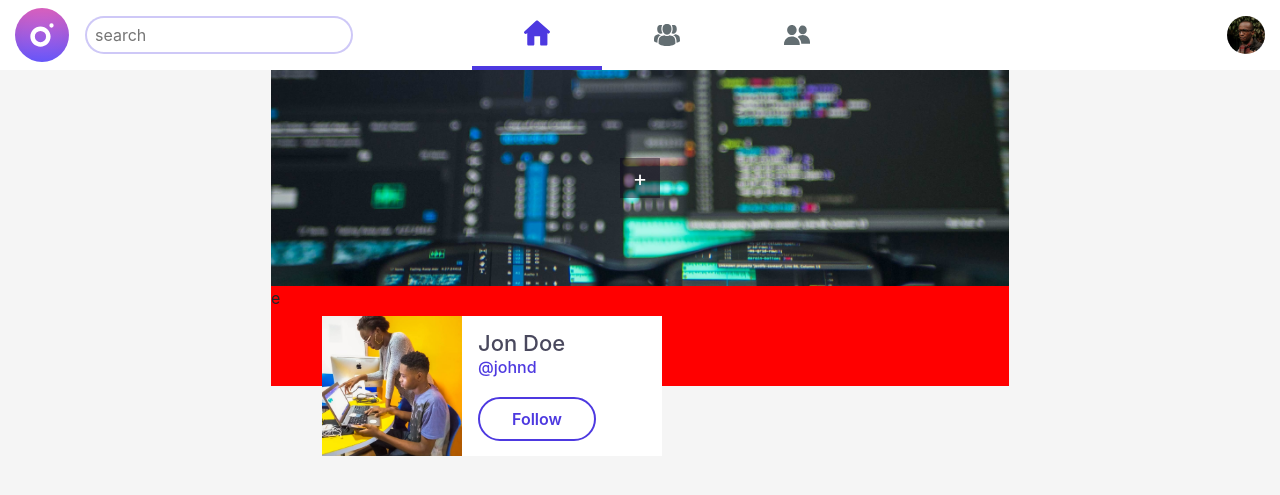
Repository: Flovet-stack/memic
Page: admin-profile.html
The author's editor kept a copy of each file at every save. The page is drawn from the files as they stood at one save, then again after the next save.
The browser window is 1280 px wide. The pictures show the whole page.
Some web fonts or font styles are not loaded; a fallback is used.

Above is the page before, as saved 2020-10-27 23:48:13.
Console error: TypeError: Cannot read properties of undefined (reading 'fn')

### admin-profile.html
<!DOCTYPE html>
<html lang="en">
<head>
    <meta charset="UTF-8">
    <meta name="viewport" content="width=device-width, initial-scale=1.0">
    <link rel="icon" type="image/png" sizes="32x32" href="assets/images/faceit.svg">
    <!-- custom styles -->
    <link rel="stylesheet" href="css/home.css">
    <link rel="stylesheet" href="css/admin-profile.css">

    <!-- custom fonts -->
    <link rel="stylesheet" href="/usr/share/fonts/opentype/malayalam/Manjari-Regular.otf">

    <!-- bootstrap css styles -->
    <link rel="stylesheet" href="dist/css/bootstrap.min.css">
    <title>memes | Home</title>
</head>
<body>
    <!-- start of the home page design template -->

    <!-- start of the head section of the page -->
    <div class="home-head container-fluid">
        <div class="row">
            <div class="home-head-sec-1">
                <div class="logo"><img src="assets/images/faceit.svg" alt=""></div>
                <form>
                    <input data-toggle="tooltip" title="search" type="text" name="" id="" placeholder="search">
                </form>
            </div>
            <div class="home-head-sec-2">
                <a data-toggle="tooltip" title="Home" class="active" href="#">
                    <img class="primary-icon" src="assets/icons/house.svg" alt="">
                    <img class="secondary-icon" src="assets/icons/house-primary.svg" alt="">
                </a>
                <a data-toggle="tooltip" title="Groups" href="#">
                    <img class="primary-icon" src="assets/icons/user-group.svg" alt="">
                    <img class="secondary-icon" src="assets/icons/user-group-primary.svg" alt="">
                </a>
                <a data-toggle="tooltip" title="Friends" href="#">
                    <img class="primary-icon" src="assets/icons/friends.svg" alt="">
                    <img class="secondary-icon" src="assets/icons/friends-primary.svg" alt="">
                </a>
            </div>
            <div class="home-head-sec-3">
                <div class="user-menu">
                    <img src="assets/images/avatar.jpg" alt="">
                </div>
            </div>
        </div>
    </div>
    <!-- end of the head section of the page -->
    <!-- start of the body section of the page -->
    <div class="home-body container-fluid">
        <div class="row">
            <div class="home-center">
                <div class="container-fluid">
                    <div class="profile-card">
                        <div class="profile-cover" style="background: url(assets/images/kevin-ku-w7ZyuGYNpRQ-unsplash.jpg);">
                            <div class="profile-info">
                                <div class="profile-info-pic"><img src="assets/images/Pic.jpg" alt=""></div>
                                <div class="profile-info-details">
                                    <h3>Jon Doe</h3>
                                    <h5>@johnd</h5>
                                    <button class="follow-btn">Follow</button>
                                </div>
                            </div>
                            <button class="change-cover-btn">+</button>
                        </div>
                    </div>
                    <div class="profile-stat">e</div>
                </div>
            </div>
        </div>
    </div>
    <!-- end of the head section of the page -->

    <!-- end of the home page design template -->

    <script src="dist/js/bootstrap.min.js"></script>
    <script src="https://code.jquery.com/jquery-3.5.1.slim.min.js"
        integrity="sha384-DfXdz2htPH0lsSSs5nCTpuj/zy4C+OGpamoFVy38MVBnE+IbbVYUew+OrCXaRkfj"
        crossorigin="anonymous"></script>
</body>
</html>

### css/admin-profile.css
.profile-card {
    width: 100%;
    height: auto;
    background-color: red;
}
.profile-cover {
    width: 100%;
    height: 30vh;
    background-color: blue;
    background-size: 100% !important;
    background-position: center !important;
}
.profile-info {
    width: 340px;
    height: 140px;
    background-color: var(--white);
    position: absolute;
    top: 100%;
    transform: translate(15%, -50%);
    display: flex;
    /* border-radius: 70px; */
    /* border-top-right-radius: 70px;
    border-bottom-right-radius: 70px; */
}
.profile-info-pic {
    width: 140px;
    height: 140px;
    background-color: var(--secondary-color);
}
.profile-info-pic img {
    width: 100%;
    height: 100%;
    /* border-top-right-radius: var(--circular-radius);
    border-bottom-right-radius: var(--circular-radius); */
}
.profile-info-details {
    padding: var(--padding-2);
}
.profile-info-details h3 {
    color:var(--text-color);
    font-size: var(--font-size-4);
    line-height: 1;
}
.profile-info-details h5 {
    color:var(--secondary-color);
    font-size: var(--font-size-1);
    line-height: .7;
}
.profile-info-details .follow-btn {
    margin-top: var(--padding-2);
}
.change-cover-btn {
    width: 40px;
    height: 40px;
    position: relative;
    transform: translate(-50%, -50%);
    left: 50%;
    top: 50%;
    border: none;
    background-color: var(--dark-overlay);
    color: var(--white);
    font-size: 22px;
    transition-duration: var(--duration);
    outline: none !important;
}
.change-cover-btn:hover {
    background-color: #000;
    transition-duration: var(--duration);
}
.profile-stat {
    width: 100%;
    height: 100px;
    background-color: red;
}

### css/main-styles.css
:root {
    /* color palette */
    --white: #fff;
    /* --white: #1e272e !important; */
    --white-shade-0: rgb(253, 253, 253);
    --white-shade-1: #f0f8ff;
    --white-shade-2: #ececec79;
    --white-shade-3: #d0d0d0;
    --border-color: #b2bec3;
    --primary-color: #636E72;
    /* --secondary-color: #6c5ce7; */
    --secondary-color: #4d39e0;
    --secondary-overlay: #4d39e046;
    /* --secondary-overlay: #6c5ce746; */
    --red: #d63031;
    /* --red: #970f3c; */
    --dark-overlay: rgba(10, 2, 19, 0.479);
    --transparent-overlay: #ebf6ff;
    --transparent-overlay-2: #d0d0d059;

    /* text-editing */
    --font-size-1: 16px;
    --font-size-2: 18px;
    --font-size-3: 20px;
    --font-size-4: 22px;
    --normal: 400;
    --light: 200;
    --thick: 600;
    --font-family: Manjari;
    --text-color: rgb(73, 72, 93);
    /* --text-color: #fff; */

    /* box-styling */
    --padding-1: .5rem;
    --padding-2: 1rem;
    --padding-3: 2rem;
    --border-radius: 50px;
    --circular-radius: 50%;
    --border: 2px solid var(--white-shade-2);

    /* animations */
    --duration: .5s;
}

body {
    box-sizing: border-box;
    font-family: var(--font-family);
    overflow-x: hidden;
    background-color: var(--white-shade-2) !important;
}
.row {
    margin-right: 0 !important;
    margin-left: 0 !important;
}
a {
    outline: none !important;
}
.follow-btn {
    border: 2px solid var(--secondary-color);
    background: var(--whi);
    padding: var(--padding-1) var(--padding-3);
    border-radius: var(--border-radius);
    color: var(--secondary-color);
    transition-duration: var(--duration);
    font-weight: 600;
    outline: none !important;
}
.follow-btn:hover {
    background-color: var(--secondary-color);
    color: var(--white);
    transition-duration: var(--duration);
}

### css/user-card.css
/* start of the user card styling */
.user-card {
    width: 150px;
    height: 50px;
    display: flex;
    color: var(--white);
    text-decoration: none;
    border-radius: var(--border-radius);
    transition-duration: var(--duration);
}
.user-card:hover {
    text-decoration: none;
    background-color: var(--transparent-overlay-2);
    transition-duration: var(--duration);
}
.user-card-pic {
    width: 50px;
    height: 50px;
    border-radius: var(--circular-radius);
    background-repeat: no-repeat !important;
    background-position: center !important;
    background-size: cover !important;
}
.user-card-detail {
    width: auto;
    height: 50px;
    padding-left: var(--padding-1);
    color: var(--text-color);
    display: grid;
    align-content: center;
}
.username {
    font-size: var(--font-size-2);
    font-weight: 600;
}
.card-time {
    font-size: var(--font-size-1);
    color: var(--secondary-color);
}
/* end of the user card styling */

### css/post-card.css
.post-card {
    width: 80%;
    margin: var(--padding-2) auto;
    background-color: var(--white);
    border-radius: var(--border-radius);
    padding: var(--padding-2) 0;
    /* background-color: var(--transparent-overlay); */
    background-color: var(--white);
    border: var(--border);
}
.post-card .user-card {
    margin-left: var(--padding-2);
}
/* .post-card .user-card:hover {
    background-color: var(--secondary-overlay);
} */
.post-card img {
    width: 100%;
}
.post-img {
    transform: scale(.97);
    border-radius: var(--border-radius) !important;
    background-color: var(--transparent-overlay);
}
.post-card-footer {
    margin-top: var(--padding-1);
    padding: 0 var(--padding-2);
    width: 100%;
    display: flex;
    height: auto;
}
.react,
.actions {
    width: 50%;
    height: 50px;
    display: grid;
    align-items: center;
}
.react-sub,
.actions-sub {
    width: 100%;
    height: 100%;
    display: flex;
    text-align: left;
}
.actions-sub {
    flex-direction: row-reverse;
}
.actions-sub a {
    flex-direction: row-reverse;
    margin-right: 0 !important;
    margin-left: var(--padding-1) !important;
}
.react-sub a,
.actions-sub a {
    width: 50px;
    height: 50px;
    background-color: transparent;
    margin-right: var(--padding-1);
    display: flex;
    align-items: center;
    justify-content: center;
    border-radius: var(--circular-radius);
}
.react-sub a img,
.actions-sub a img {
    width: 60%;
    height: auto;
    padding: 0 !important;
    transition-duration: var(--duration);
    border-radius: none !important;
}
.react-sub a:hover,
.actions-sub a:hover {
    background-color: var(--secondary-overlay);
    transition-duration: var(--duration);
}
.react-sub .dislike img{
    transform: rotatez(180deg) !important;
}
.share-options {
    height: auto;
    /* width: 0px; */
    width: calc((30px * 4) + ((var(--padding-1) * 2) * 6));
    background-color: var(--white);
    border-radius: var(--border-radius);
    padding:  var(--padding-1);
    /* box-shadow: 4px 4px 10px 3px var(--white-shade-2); */
    position: absolute;
    /* left: 100px; */
    margin-top: -60px;
    /* margin-left: 200px; */
    transform: scale(.9);
    transition-duration: 1s;
}
.share-options ul {
    width: auto;
    padding: 0 !important;
    margin: 0 !important;
}
.share-options li {
    width: auto;
    display: inline-block;
}
.share-options a{
    padding: var(--padding-1);
    /* background-color: red; */
}
.share-options a:hover {
    background-color: transparent;
}
.share-options a img{
    width: 30px;
    height: 30px;
    padding: .2rem !important;
    transition-duration: var(--duration);
}
.share-options a img:hover {
    transform: scale(1.3);
    transition-duration: var(--duration);
}
.share-icon {
    transition-duration: 1s
}
.share-icon:hover ~ .share-options {
    transition-duration: 1s;
    transform: scale(1);
}

.comment-section {
    width: 100%;
    padding: 0 var(--padding-2);
}
.comment-section h4 {
    font-size: var(--font-size-1);
    color: var(--text-color);
    font-weight: 600;
    margin-bottom: var(--padding-2);
}
.comment-form {
    display: flex;
    justify-content: space-between;
    margin-bottom: var(--padding-3);
}
.comment-form img {
    width: 50px;
    height: 50px;
    padding: 0 !important;
    border-radius: var(--circular-radius);
    margin-right: var(--padding-2);
}
.comment-form textarea {
    width: 75%;
    height: 50px;
    outline: none;
    font-size: var(--font-size-2);
    color: var(--text-color);
    padding: var(--padding-1) var(--padding-2);
    border: 1px solid var(--white);
    border-radius: var(--border-radius);
    transition-duration: var(--duration);
    margin-right: var(--padding-1);
    background-color: var(--white-shade-2);
}
.comment-form textarea:hover {
    border: 1px solid var(--secondary-overlay);
    transition-duration: var(--duration);
}
.comment-form textarea:focus {
    border: 1px solid var(--secondary-overlay);
    background-color: var(--white);
    transition-duration: var(--duration);
}
.comment-form button {
    outline: none !important;
    background-color: var(--secondary-overlay);
    border: none;
    border-radius: var(--circular-radius);
    color: var(--white);
    transition-duration: var(--duration);
}
.comment-form button:hover {
    outline: none;
    background-color: var(--secondary-color);
    transition-duration: var(--duration);
}
.comment {
    width: 95%;
    margin: 0 auto;
    height: auto;
    /* border-bottom: var(--border); */
}
.comment .user-card {
    margin: 0 !important;
}
.comment .user-card-pic {
    width: 30px;
    height: 30px;
    margin-top: 10px;
}
.comment .username {
    font-size: var(--font-size-1);
    line-height: .5;
}
.comment .card-time {
    font-size: calc(var(--font-size-1) - 2px) !important;
    /* line-height: .5; */
}
.comment .comment-content p {
    width: auto;
    height: auto;
    color: var(--text-color);
    margin: 0 calc(var(--padding-1) * 7);
    background-color: var(--white-shade-1);
    padding: var(--padding-1) var(--padding-3);
    border-radius: var(--border-radius);

    /* line-height: 5px; */
}
.comment .comment-like {
    height: 20px;
    font-size: calc(var(--font-size-1) - 2px);
    padding: 0 var(--padding-1);
    border-radius: var(--border-radius);
    position: relative;
    border: none;
    outline: none;
    /* bottom: 100%; */
    left: calc(100% - ((var(--padding-1) * 7) + 1.5rem));
    background-color: var(--secondary-color);
    color: var(--white);
    transition-duration: var(--duration);
    transform: translateY(-125%);
    display: flex;
    align-items: center;
    justify-content: center;
}
.comment .comment-like:hover {
    padding: 0 calc(var(--padding-1) + .1rem);
    transition-duration: var(--duration);
    background-color: var(--secondary-overlay);
}
.comment .comment-like img {
    width: 15px;
    height: 15px;
    margin-left: .3rem;
    transform: translateY(-1.5px);
}

/* @media (min-width: 768px) {
}

@media (min-width: 992px) {
}

@media (min-width: 1200px) {
} */

Loaded but not shown: dist/css/bootstrap.min.css (library); dist/js/bootstrap.min.js (library); css/home.css (475 lines, source omitted)

After the next save:
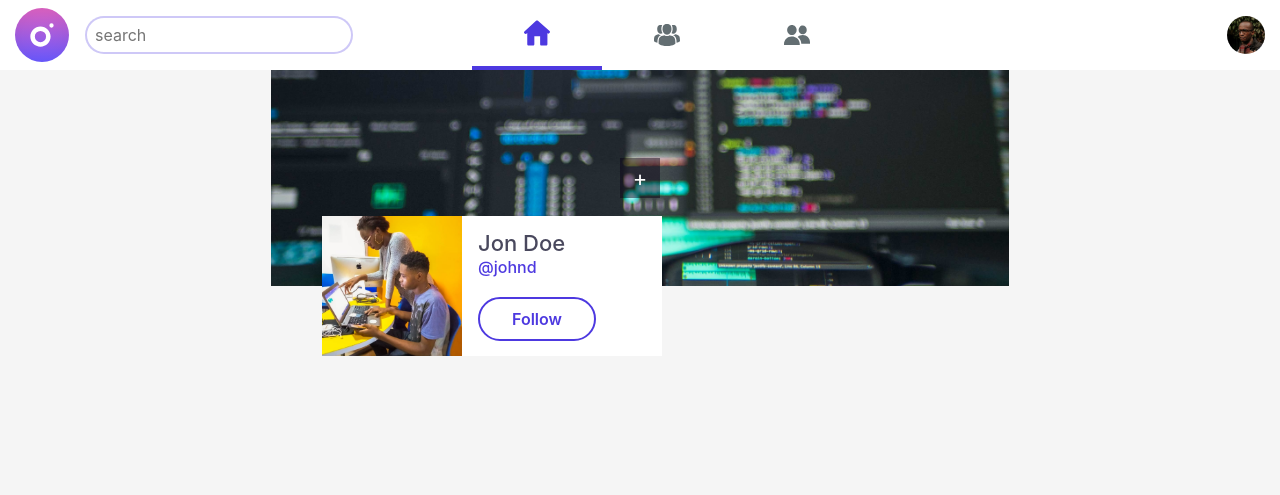
Saved 15 s later.
--- a/admin-profile.html
+++ b/admin-profile.html
@@ -67,7 +67,6 @@
                             <button class="change-cover-btn">+</button>
                         </div>
                     </div>
-                    <div class="profile-stat">e</div>
                 </div>
             </div>
         </div>

After the save that followed:
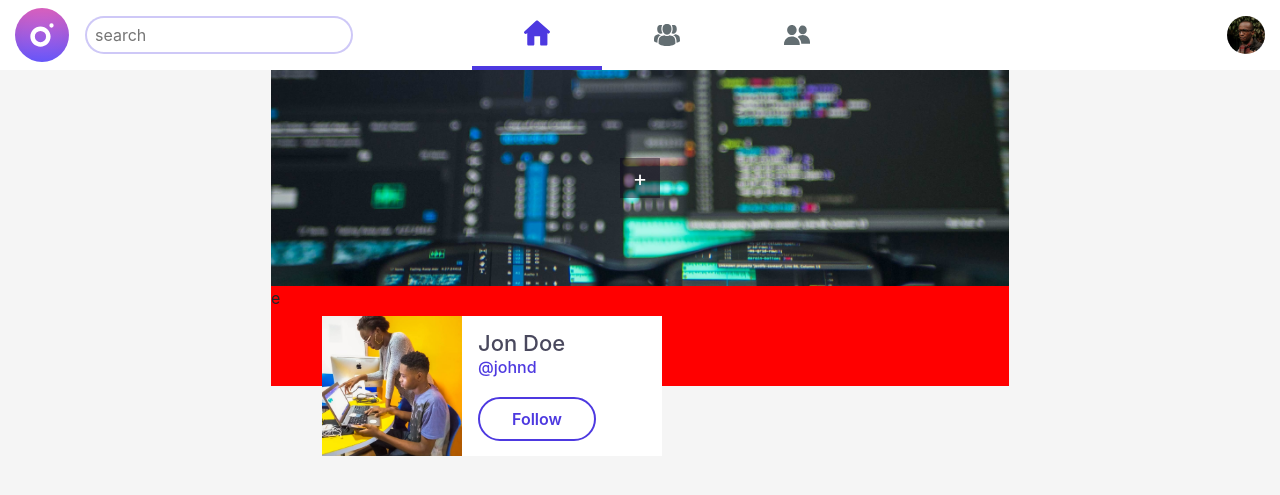
Saved 12 s later.
--- a/admin-profile.html
+++ b/admin-profile.html
@@ -66,6 +66,7 @@
                             </div>
                             <button class="change-cover-btn">+</button>
                         </div>
+                        <div class="profile-stat">e</div>
                     </div>
                 </div>
             </div>
